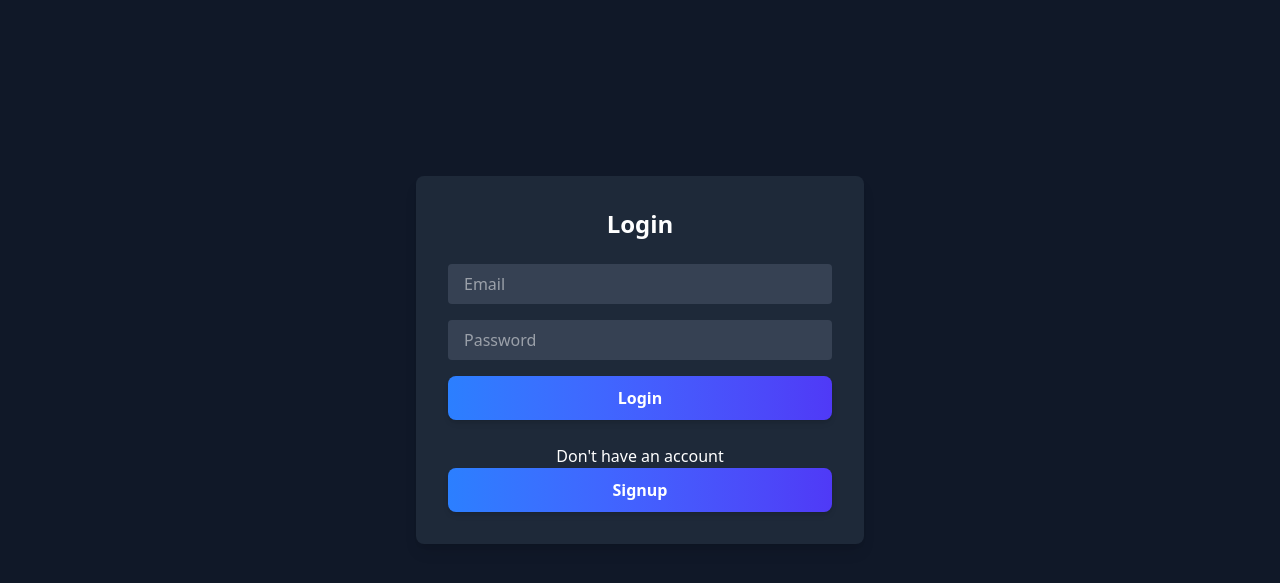
Repository: Reno-mathews/Study-Planner-MERN
Page: / (app in client/)
These files come from the project's save history. The page is drawn as it stood at one moment and after the next save; the edit follows.
The browser window is 1280 px wide. The pictures show the whole page.
The project was rebuilt for these pictures with package versions that can differ from the ones it lists, and the page was loaded fresh each time. Also part of the build but not shown: client/vite.config.js.

Above is the page before, as saved 2026-01-18 16:31:03.

After the next save:
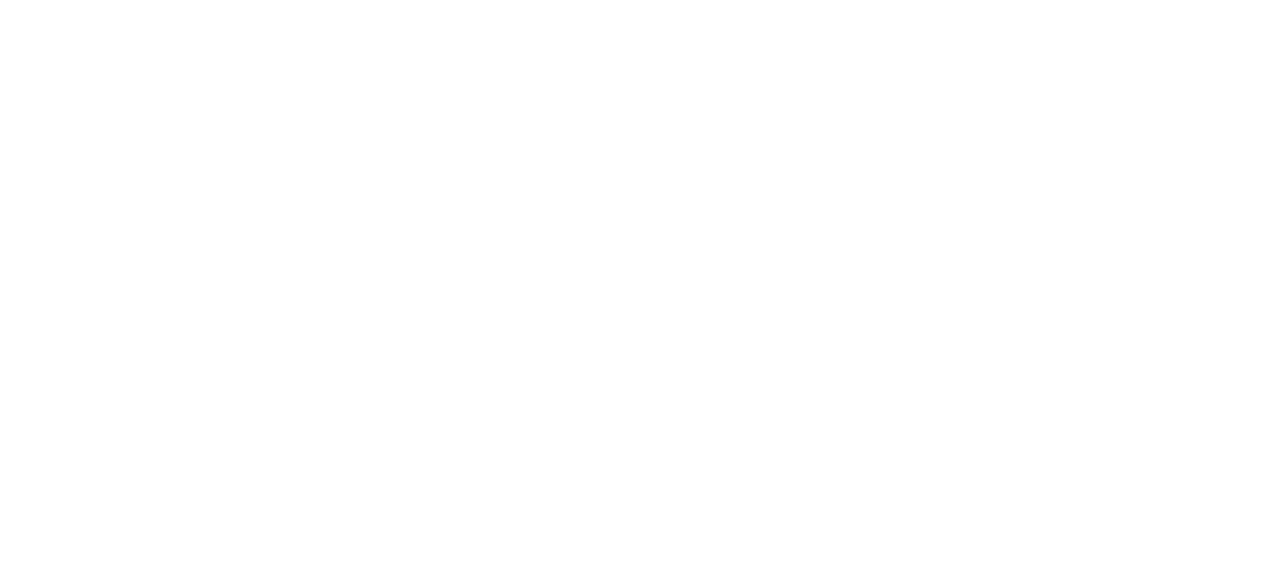
Console error: ReferenceError: SubjectFilter is not defined
Saved 32 s later.
--- a/client/src/App.jsx
+++ b/client/src/App.jsx
@@ -5,6 +5,7 @@
 import AddTaskForm from "./components/AddTaskForm";
 import SortDropdown from "./components/SortDropdown";
 import AuthForm from "./components/AuthForm";
+import SubjectFilter from "./components/SubjectFilter";
 
 function App() {
   const [tasks, setTasks] = useState([]);

After the 2 saves that followed:
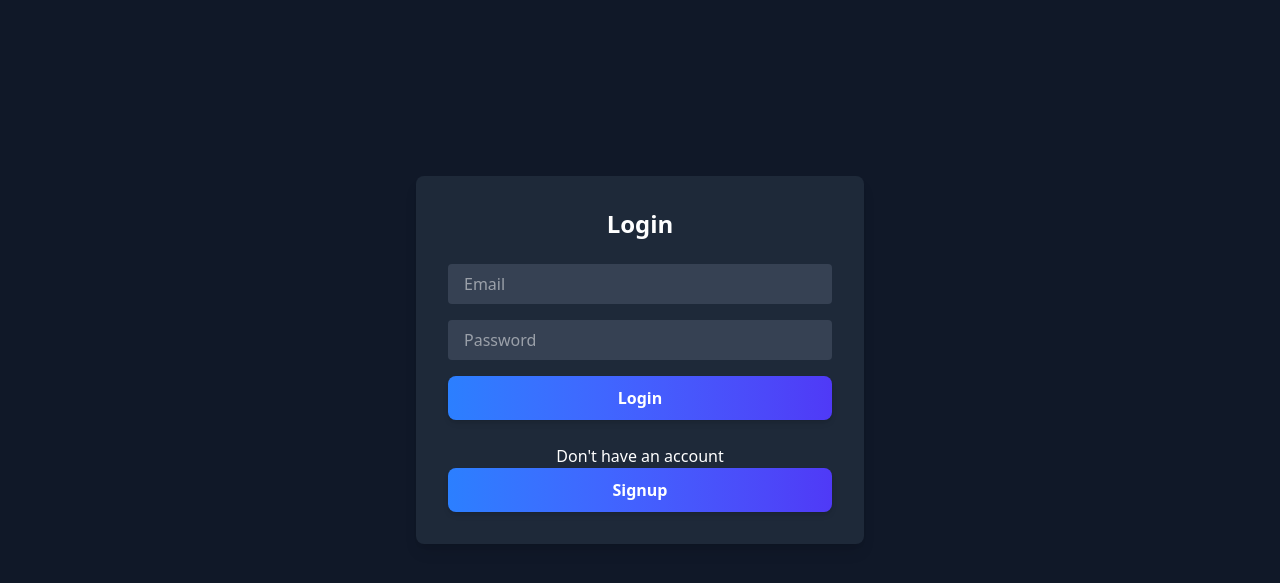
The error is gone.
The 2 saves are shown as one change because 1 left the picture as it was.
The last was saved 114 s later.
--- a/client/src/App.jsx
+++ b/client/src/App.jsx
@@ -207,17 +207,11 @@
       <h1 className="text-3xl font-bold"
       >My Study Planner</h1>
 
-      <select
-        className= "bg-gray-800 text-white px-4 py-2 rounded mb-6 focus:outline-none focus:ring-2 focus:ring-blue-500"
-        value={filterSubject}
-        onChange={(e) => setFilterSubject(e.target.value)}
-      >
-        {subjects.map((subj, index) => (
-          <option key={index} value={subj}>
-            {subj}
-          </option>
-        ))}
-      </select>
+      <SubjectFilter
+        subjects={subjects}
+        filterSubject={filterSubject}
+        setFilterSubject={setFilterSubject}
+      />
 
       <ProgressBar progress={progress} />
 
--- a/client/src/components/SubjectFilter.jsx
+++ b/client/src/components/SubjectFilter.jsx
@@ -1,4 +1,4 @@
-function SubjectrFilter({ subjects, filterSubject, setFilterSubject }) {
+function SubjectFilter({ subjects, filterSubject, setFilterSubject }) {
     return (
         <select
             className="w-full bg-gray-800 text-white px-4 py-2 rounded mb-4 focus:outline-none focus:ring-2 focus:ring-blue-500"
